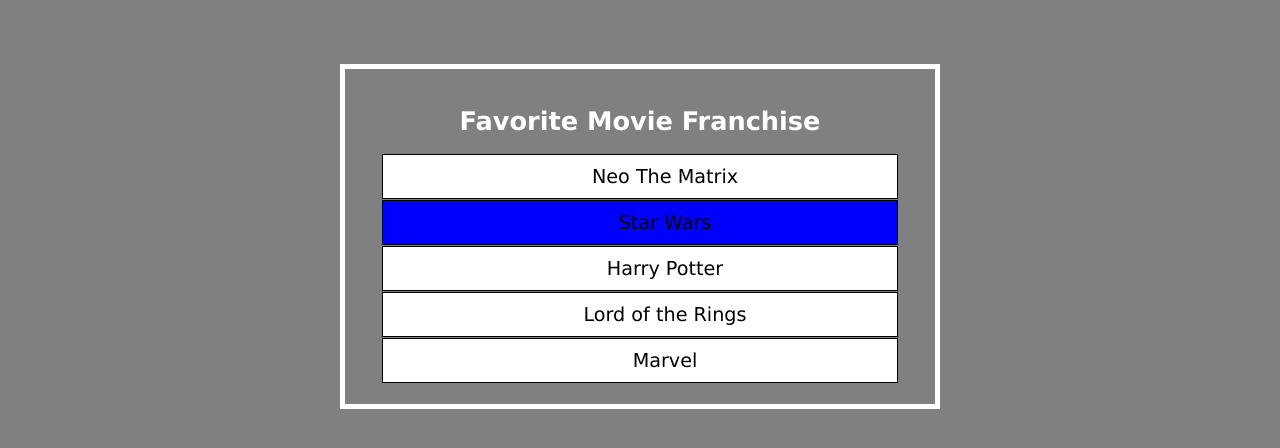
Repository: wakoya-tech/react-project
Page: Desktop/shaakala/jaal/index.html
These files come from the project's save history. The page is drawn as it stood at one moment and after the next save; the edit follows.
The browser window is 1280 px wide. The pictures show the whole page.

Above is the page before, as saved 2025-08-29 09:32:06.

### Desktop/shaakala/jaal/index.html
<!DOCTYPE html>
<html lang="en">
<head>
  <meta charset="UTF-8">
  <meta name="viewport" content="width=device-width, initial-scale=1.0">
  <title>Responsive Box Example</title>
  <style>
    * {
      box-sizing: border-box;
    }

    body {
      font-family: Verdana, Geneva, Tahoma, sans-serif;
      background: gray;
      margin: 0;
    }

    .container {
      display: flex;
      flex-direction: column;
      justify-content: center;
      align-items: center;
      border: 5px solid white;
      padding: 20px;
      margin: 5% auto;
      width: 80%;
      max-width: 600px;
    }

    ul {
      list-style: none;
      padding: 0;
      margin: 0;
    }

    #main-heading {
      font-size: clamp(18px, 2vw, 32px);
      color: white;
    }

    .list-items {
        display: block;
      font-size: clamp(16px, 1.5vw, 24px);
      border: 1px solid black;
      /*padding: 5px 200px;*/
      width: 100%;
      padding: 10px 150px 10px 200px ;
      background-color: white;
     text-align: center;
      margin: 1px 0;
      overflow: hidden;


    }
  </style>
</head>
<body>
  <div class="container">
    <h1 id="main-heading">Favorite Movie Franchise</h1>
    <ul>
      <li class="list-items">
        <span>Neo </span>The Matrix</li>
      <li class="list-items">Star Wars</li>
      <li class="list-items">Harry Potter</li>
      <li class="list-items">Lord of the Rings</li>
      <li class="list-items">Marvel</li>
    </ul>
  </div>
  <script src="../jaal/script.js"></script>
</body>
</html>

### Desktop/shaakala/jaal/script.js
/*const title = document.querySelector('#main-heading');
title.style.color = 'red';
console.log(title);
const listitems = document.querySelectorAll('.list-items');
for(i=0; i < listitems.length; i++)
{
  listitems[i].style.fontSize = '1rem';
}
/*
console.log(listitems);*
/*
const ul = document.querySelector('ul');
const li= document.createElement('li');
ul.append(li)
*/
/*const firstListitems = document.querySelector('.list-items');
console.log(firstListitems.innerText);
console.log(firstListitems.textContent);
console.log(firstListitems.innerHTML);*/
/*
li.innerText = 'x-men';
*/
/*li.setAttribute('id','main-heading');
li.removeAttribute('id');
const title = document.querySelector('#main-heading')
console.log(title.getAttribute('id'));
*/
/*li.classList.add('list-items')
console.log(li.classList.contains('list-items'));
//Remove Elements
li.remove();*/
//console.log(ul.parentNode.style="red");
//console.log(ul.parentElement.parentElement);
//const html =document.documentElement;
//console.log(html.parentNode);
let ul = document.querySelector('ul');
console.log(ul.childNodes);
console.log(ul.firstChild);
console.log(ul.lastChild);
ul.childNodes[3].style.background = 'blue';

After the next save:
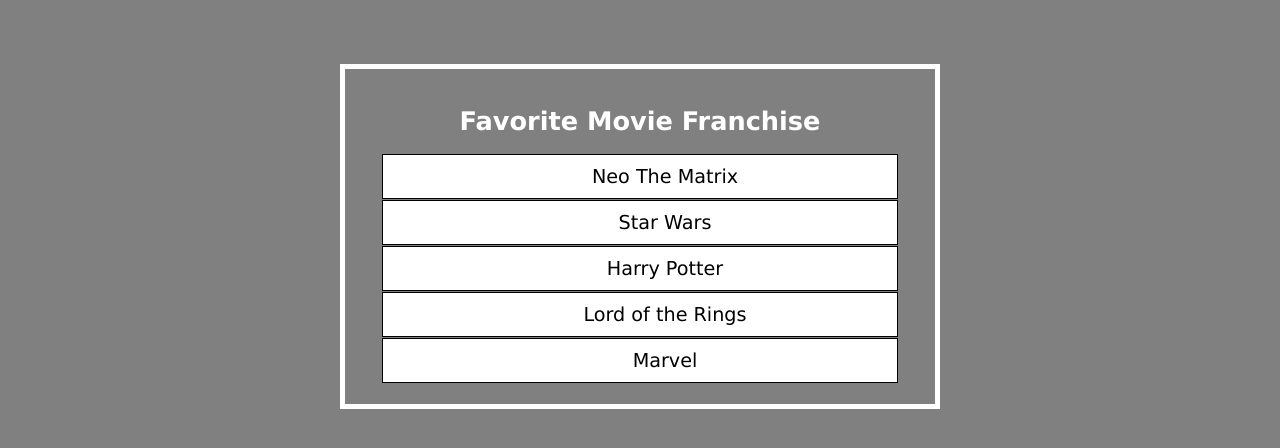
Console error: TypeError: Cannot set properties of undefined (setting 'background')
Saved 9 s later.
--- a/Desktop/shaakala/jaal/script.js
+++ b/Desktop/shaakala/jaal/script.js
@@ -37,4 +37,4 @@ let ul = document.querySelector('ul');
 console.log(ul.childNodes);
 console.log(ul.firstChild);
 console.log(ul.lastChild);
-ul.childNodes[3].style.background = 'blue';
+ul.childNodes[2].style.background = 'blue';

After the save that followed:
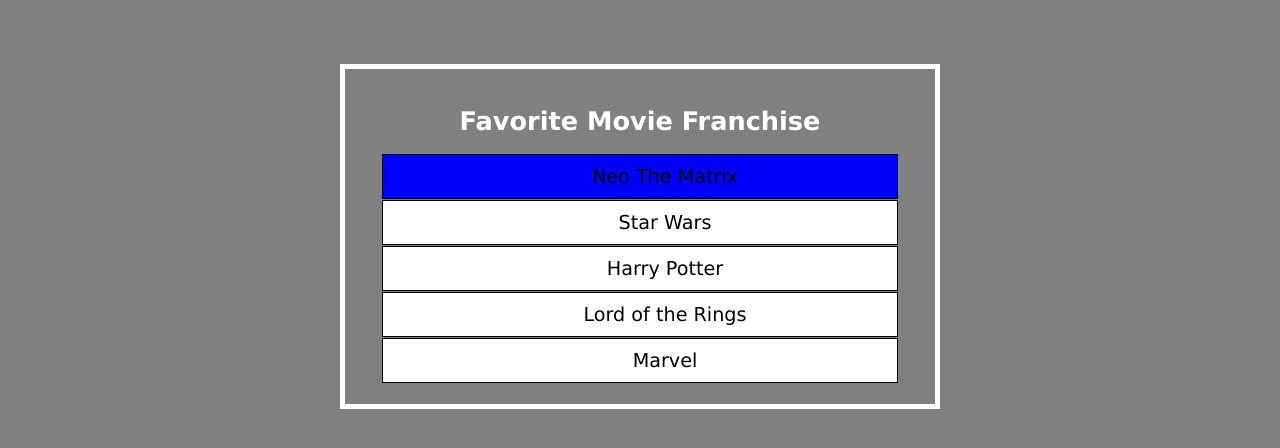
The error is gone.
Saved 15 s later.
--- a/Desktop/shaakala/jaal/script.js
+++ b/Desktop/shaakala/jaal/script.js
@@ -37,4 +37,4 @@ let ul = document.querySelector('ul');
 console.log(ul.childNodes);
 console.log(ul.firstChild);
 console.log(ul.lastChild);
-ul.childNodes[2].style.background = 'blue';
+ul.childNodes[1].style.background = 'blue';
